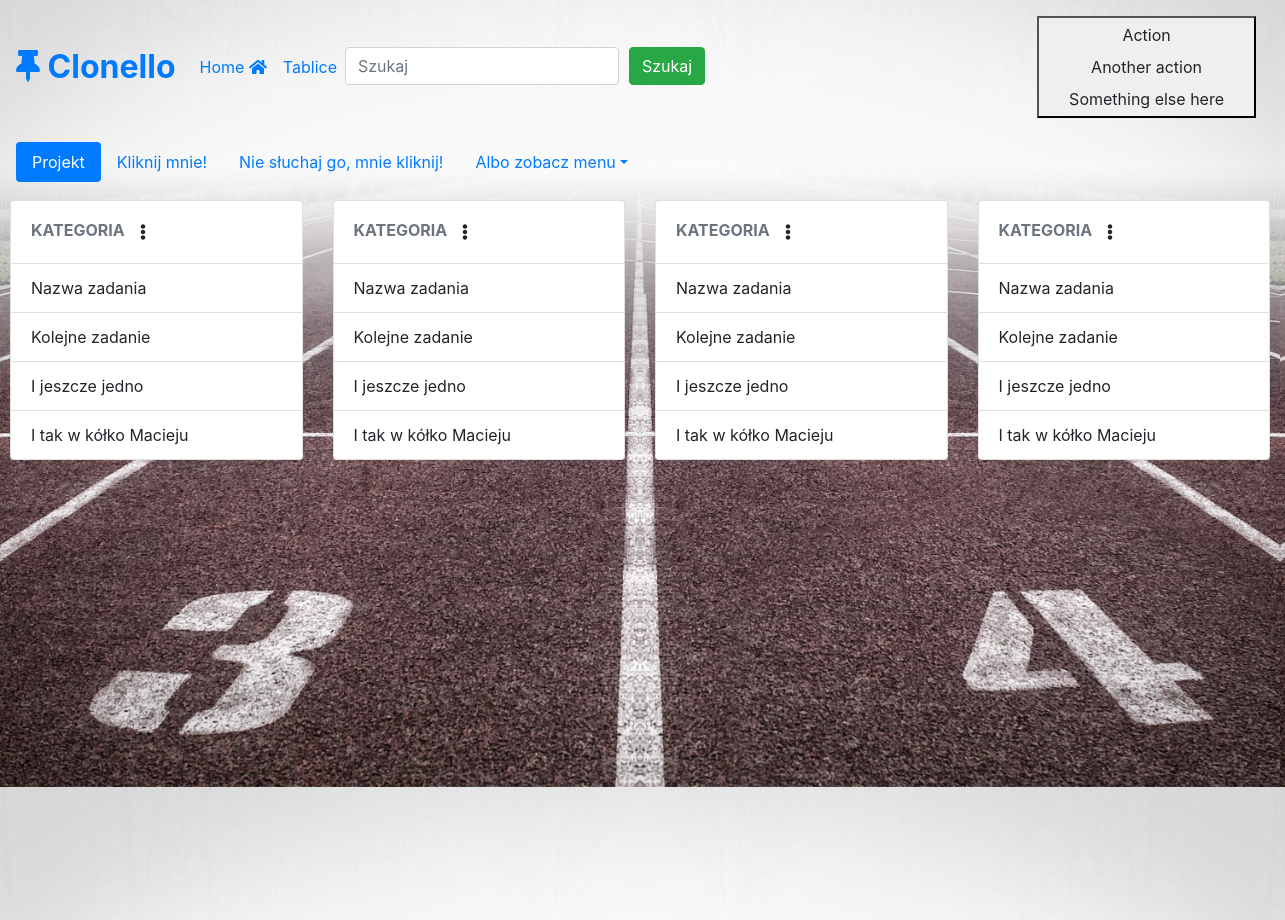
Repository: jnehlt/PAW-lab
Page: / (app in Frontend/clonello/)
An editor plug-in stored every save of this project. The page is shown before and after the next save, followed by the edit.
The browser window is 1280 px wide. The page is 1285 px wide, so the pictures cover 1285 px, including what lies to the right of the window. The pictures show the whole page.
The project was rebuilt for these pictures with package versions that can differ from the ones it lists, and the page was loaded fresh each time.

Above is the page before, as saved 2020-04-24 22:33:13.

### Frontend/clonello/src/main.js
import "@babel/polyfill";
import "mutationobserver-shim";
import Vue from "vue";
import "./plugins/bootstrap-vue";
import App from "./App.vue";
import router from "./router";
import "@fortawesome/fontawesome-free/css/all.css";
import "@fortawesome/fontawesome-free/js/all.js";

Vue.config.productionTip = false;

new Vue({
  router,
  render: h => h(App)
}).$mount("#app");

### Frontend/clonello/src/App.vue
<template>
  <div id="app">
    <topheader></topheader>
    <projectheader></projectheader>

    <div class="row">
        <maincard></maincard>
        <maincard></maincard>
        <maincard></maincard>
        <maincard></maincard>
        <maincard></maincard>
        <maincard></maincard>
        <maincard></maincard>
        <maincard></maincard>
    </div>
    <router-view />
  </div>
</template>

<script>
import TopHeader from "@/components/TopHeader.vue";
import ProjectHeader from "@/components/ProjectHeader.vue";
import MainCard from "@/components/MainCard.vue";

export default {
  components: {
    "topheader": TopHeader,
    "projectheader": ProjectHeader,
    "maincard": MainCard
  }
};
</script>

<style lang="scss">

body {
    background-image: url("../src/assets/running-track-sn-3000x2001.jpg");
    background-size: cover;
    background-position: center;
}

.dropdown-header {
    font-size: larger;
    font-weight: bolder;
}

html, body {
    height: 100%;
}

.list-head {
    font-weight: bolder;
    text-transform: uppercase;
}

.btn {
    margin-left: 2px;
}


.row {
  display: flex;
  flex-wrap: nowrap;
  overflow-x: auto;
  margin-left: -5px;
  margin-right: -5px;
  margin-top: 10px;
  height: 100vh;
}

::-webkit-scrollbar {
  height: 4px;              /* height of horizontal scrollbar ← You're missing this */
  width: 4px;               /* width of vertical scrollbar */
  border: 1px solid #d5d5d5;
  margin-left: -5px;
  margin-right: -5px;
}


</style>

### Frontend/clonello/src/components/TopHeader.vue
<template>
  <div>
    <nav class="navbar navbar-expand-lg">
      <a class="navbar-brand" href="#"><i class="fas fa-thumbtack"></i> Clonello</a>
      <button class="navbar-toggler navbar-dark" type="button" data-toggle="collapse" data-target="#navbarNav" aria-controls="navbarNav" aria-expanded="false" aria-label="Toggle navigation">
          <span class="navbar-toggler-icon"></span>
      </button>
      <div class="collapse navbar-collapse" id="navbarNav">
        <ul class="navbar-nav mr-auto">
          <li class="nav-item">
            <a class="nav-link" href="#">Home <i class="fas fa-home"></i></a>
          </li>
          <li class="nav-item">
            <a class="nav-link" href="#">Tablice</a>
          </li>
          <li class="nav-item">
            <form class="form-inline my-2 my-lg-0">
              <input class="form-control mr-sm-2" type="search" placeholder="Szukaj" aria-label="Search">
              <button class="btn btn-success my-2 my-sm-0" type="submit">Szukaj</button>
            </form>
          </li>
        </ul>
        <ul class="navbar-right navbar-nav">
          <li>
            <button id="dropdown-right" right text="Right align" variant="primary" class="m-2">
              <b-dropdown-item href="#">Action</b-dropdown-item>
              <b-dropdown-item href="#">Another action</b-dropdown-item>
              <b-dropdown-item href="#">Something else here</b-dropdown-item>
            </button>
          </li>
        </ul>
      </div>
    </nav>
  </div>
  <!-- class="btn btn-success" type="button" data-toggle="collapse" data-target="#collapseAdd" aria-expanded="false" aria-controls="collapseAdd">Dodaj <i class="fas fa-plus"></i>
            </button> -->
</template>

<script>



export default {

};
</script>

<!-- Add "scoped" attribute to limit CSS to this component only -->
<style scoped lang="scss">
.navbar-brand {
    font-weight: bolder;
    font-size: 2em;
}

.navbar {
    background-color: transparent;
}

.navbar-toggler {
    background-color: #4e555b;
}
</style>

### Frontend/clonello/src/components/ProjectHeader.vue
<template>
  <div>
      <div class="navbar navbar-expand-lg">
      <ul class="nav nav-pills nav-fill">
        <li class="nav-item">
          <a class="nav-link active" href="#">Projekt</a>
        </li>
        <li class="nav-item">
          <a class="nav-link" href="#">Kliknij mnie!</a>
        </li>
        <li class="nav-item">
          <a class="nav-link" href="#">Nie słuchaj go, mnie kliknij!</a>
        </li>
        <li class="nav-item dropdown">
          <a class="nav-link dropdown-toggle" data-toggle="dropdown" href="#" role="button" aria-haspopup="true" aria-expanded="false">Albo zobacz menu</a>
          <div class="dropdown-menu">
            <h5 class="dropdown-header">Menu</h5>
            <div class="dropdown-divider"></div>
            <a class="dropdown-item" href="#">No dobra</a>
            <a class="dropdown-item" href="#">Trochę zamieszania</a>
            <a class="dropdown-item" href="#">Dziwnie wyszło</a>
            <a class="dropdown-item" href="#">Ale klinkij tamte</a>
          </div>
        </li>
      </ul>
    </div>
  </div>
</template>

<script>
export default {

}
</script>

<style>
.navbar-brand {
    font-weight: bolder;
    font-size: 2em;
}

.navbar {
    background-color: transparent;
}

.navbar-toggler {
    background-color: #4e555b;
}
</style>

### Frontend/clonello/src/components/MainCard.vue
<template>
        <div class="col-3 col-md-3 col-sm-3">
            <ul class="list-group">
                <li class="list-group-item disabled list-head" aria-disabled="true">Kategoria<button class="btn btn-kropki"><i class="fas fa-ellipsis-v"></i></button></li>
                <li class="list-group-item">Nazwa zadania</li>
                <li class="list-group-item">Kolejne zadanie</li>
                <li class="list-group-item">I jeszcze jedno</li>
                <li class="list-group-item">I tak w kółko Macieju</li>
            </ul>
        </div>

</template>

<script>
export default {

}
</script>

<style>

</style>

### Frontend/clonello/src/views/Home.vue
<template>
  <div class="home"></div>
</template>

<script>
// @ is an alias to /src
export default {
  name: "Home",
  components: {}
};
</script>

Loaded but not shown: Frontend/clonello/public/index.html (common file); Frontend/clonello/src/plugins/bootstrap-vue.js (common file); Frontend/clonello/src/router/index.js (common file)

After the next save:
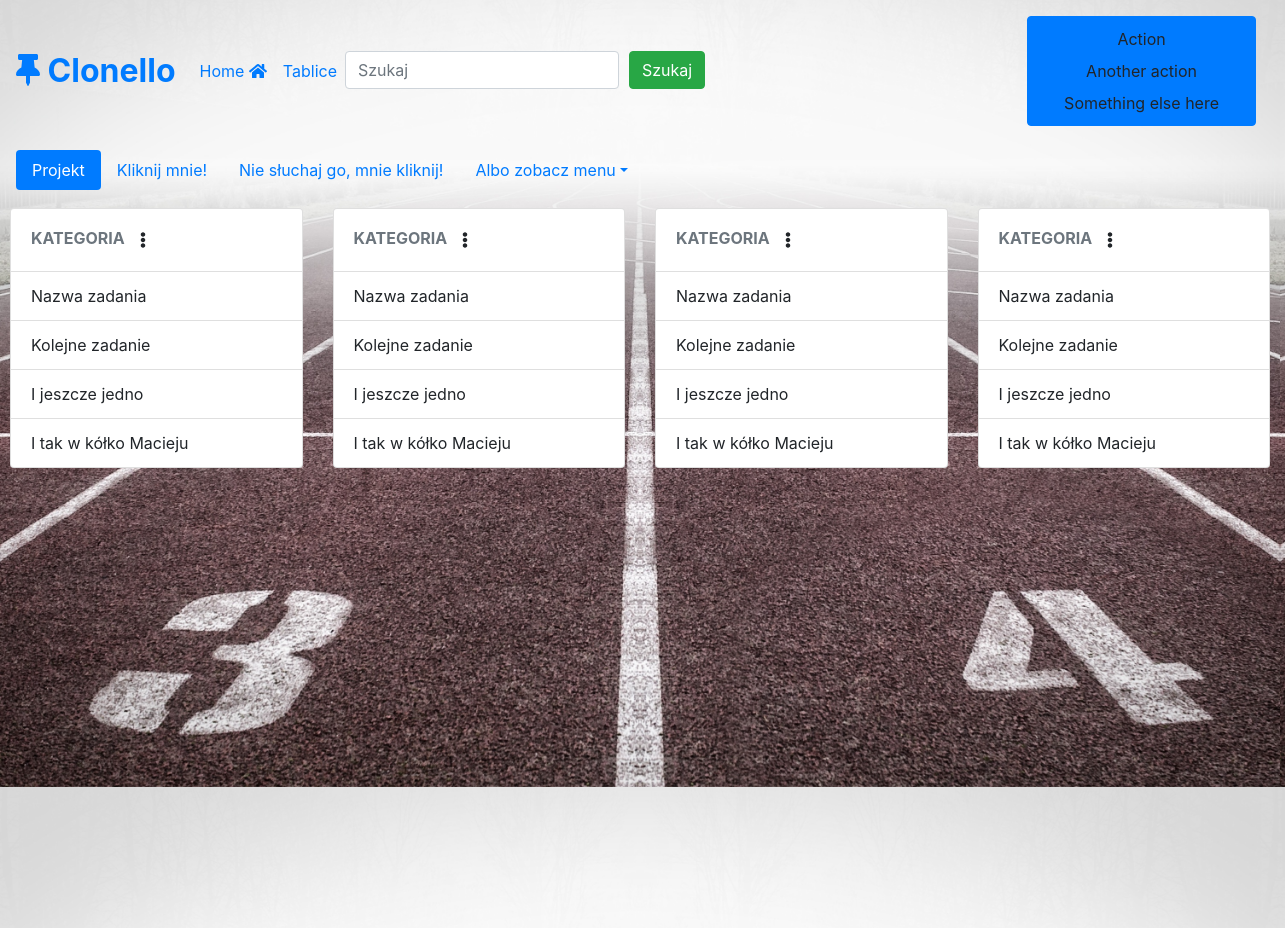
Saved 24 s later.
--- a/Frontend/clonello/src/components/TopHeader.vue
+++ b/Frontend/clonello/src/components/TopHeader.vue
@@ -22,11 +22,11 @@
         </ul>
         <ul class="navbar-right navbar-nav">
           <li>
-            <button id="dropdown-right" right text="Right align" variant="primary" class="m-2">
+            <b-button id="dropdown-right" right text="Right align" variant="primary" class="m-2">
               <b-dropdown-item href="#">Action</b-dropdown-item>
               <b-dropdown-item href="#">Another action</b-dropdown-item>
               <b-dropdown-item href="#">Something else here</b-dropdown-item>
-            </button>
+            </b-button>
           </li>
         </ul>
       </div>
